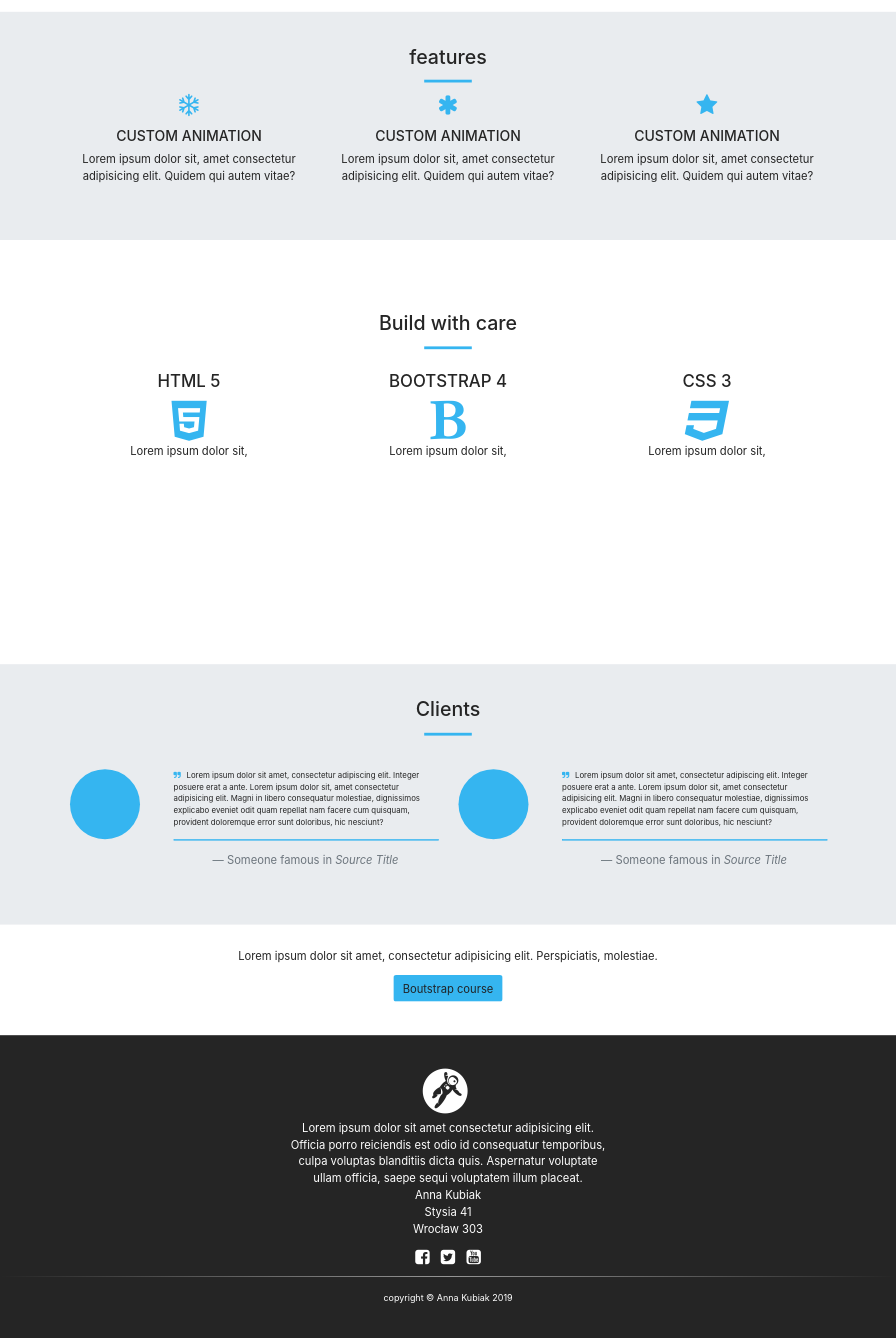
Repository: Mietlicha/bootstrap_template_exercise
Page: index.html
These files come from the project's save history. The page is drawn as it stood at one moment and after the next save; the edit follows.
The browser window is 1280 px wide. The pictures show the part of the page from y = 987 to 2907 px (the page is 2899 px tall before and 2907 px after), at 70% of full size.

Above is the page before, as saved 2019-11-19 23:51:49.

After the next save:
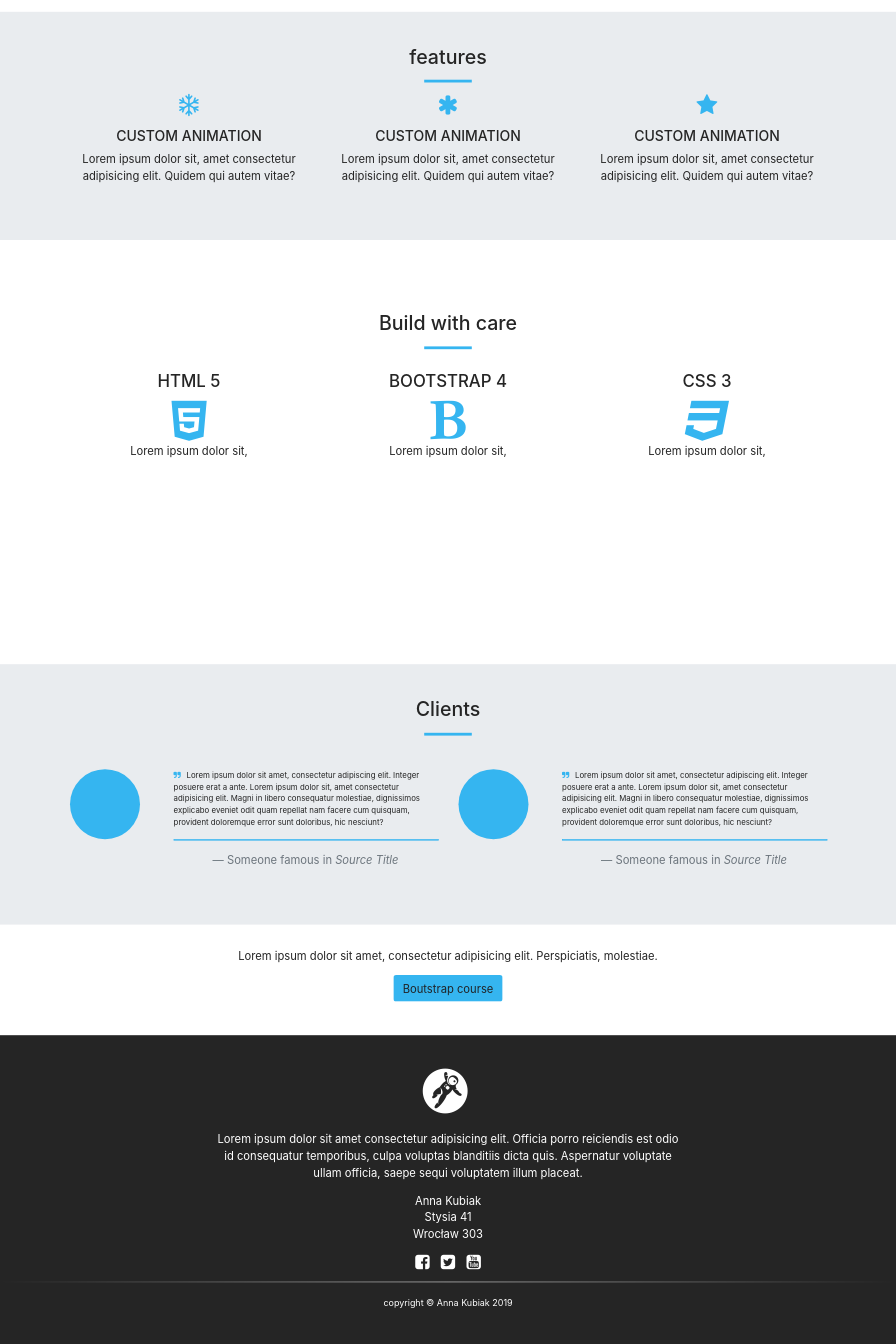
Saved 27 s later.
--- a/style.css
+++ b/style.css
@@ -176,8 +176,8 @@
 }
 
 #contact >p{
-    max-width: 500px;
-    margin: 0 auto;
+    max-width: 700px;
+    margin: 1rem auto;
 }
 
 @media (min-width: 500px){
